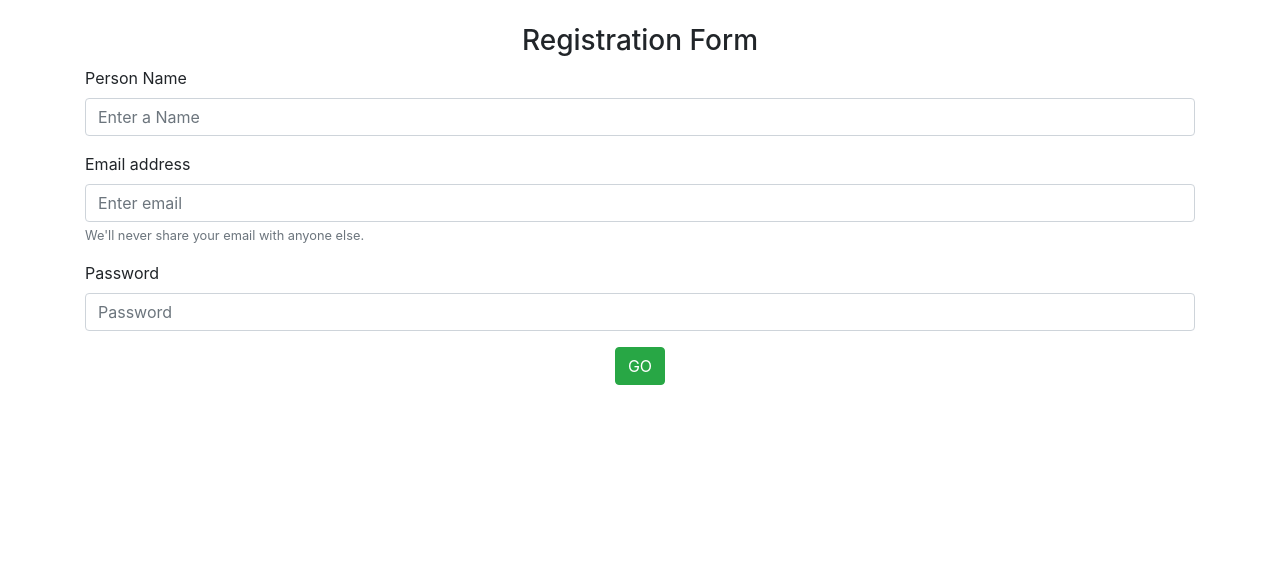
Repository: vijay10091999/Advance-java
Page: http://localhost/SpringMVC/WEB-INF/views/RegisterPage.jsp
An editor plug-in stored every save of this project. The page is shown before and after the next save, followed by the edit.
The browser window is 1280 px wide. The pictures show the whole page.
Some web libraries are served in a nearby version. The page is served by Tomcat 9. Nobody is signed in. The template is opened directly, without the code that normally fills it, so the values that code supplies are empty.

Above is the page before, as saved 2022-06-13 08:03:46.

After the next save:
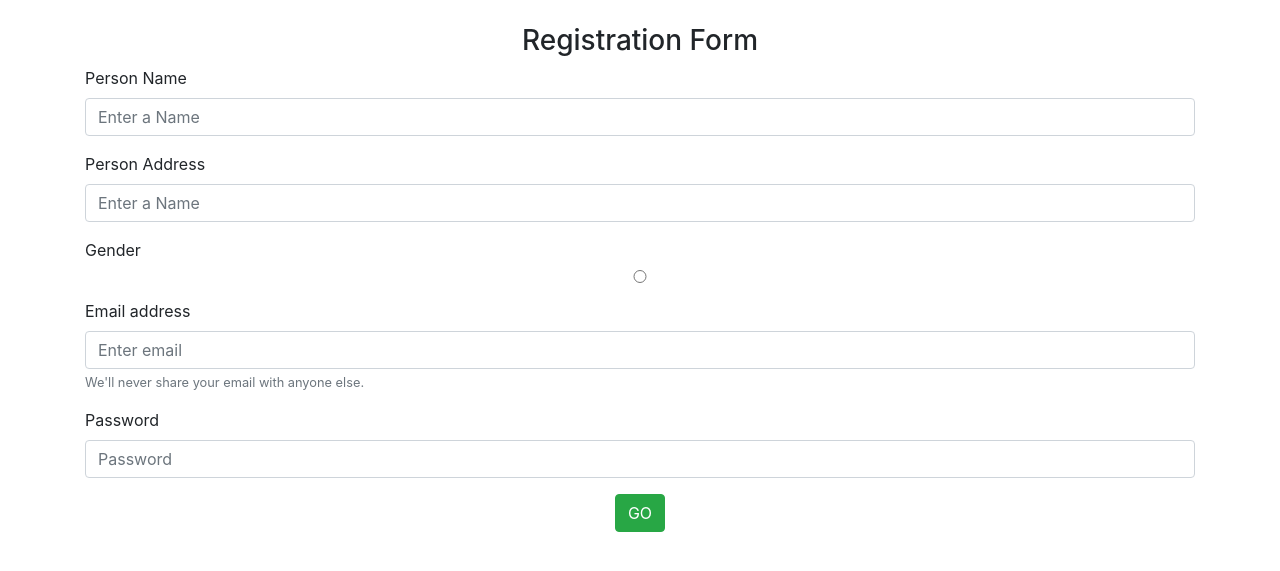
Saved 2 min 52 s later.
--- a/SpringMVC/src/main/webapp/WEB-INF/views/RegisterPage.jsp
+++ b/SpringMVC/src/main/webapp/WEB-INF/views/RegisterPage.jsp
@@ -20,6 +20,14 @@
     <div class="form-group">
     <label for="exampleInputName">Person Name </label>
     <input type="text" class="form-control" id="name" placeholder="Enter a Name" name="name">
+  </div>
+   <div class="form-group">
+    <label for="exampleInputName">Person Address </label>
+    <input type="text" class="form-control" id="address" placeholder="Enter a Name" name="address">
+  </div>
+   <div class="form-group">
+    <label for="exampleInputName">Gender </label>
+    <input type="radio" class="form-control" id="gender" placeholder="Enter a Name" name="gender">
   </div>
   <div class="form-group">
     <label for="exampleInputEmail1">Email address</label>
